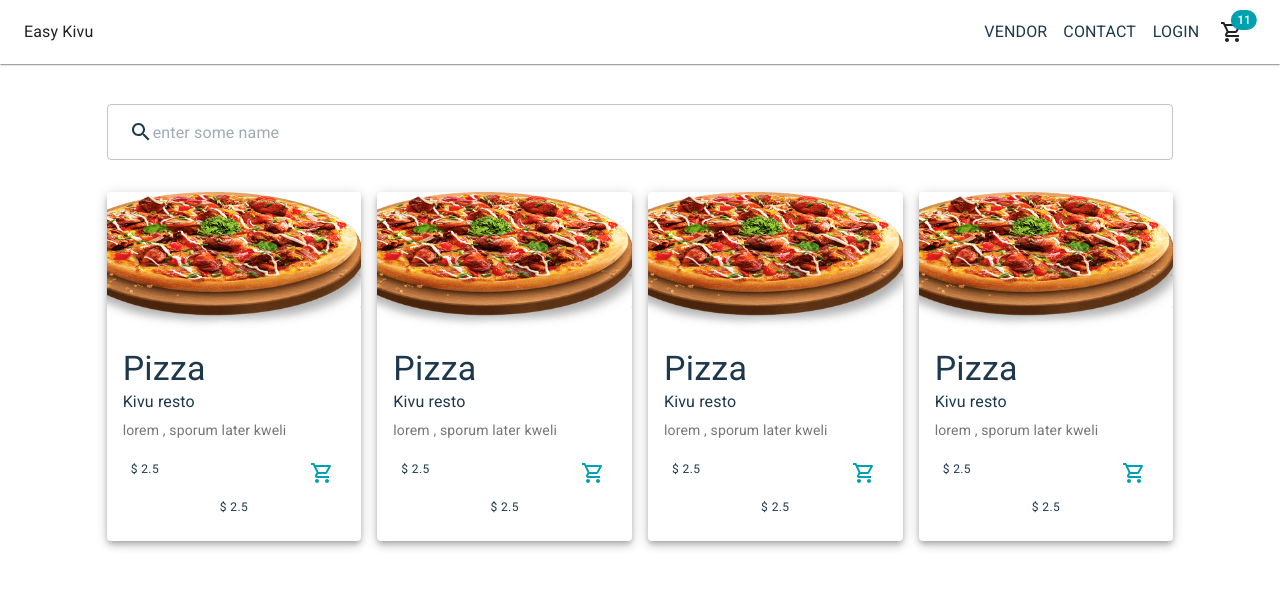
Repository: kilamaelie/jokes-dapp
Page: /
The author's editor kept a copy of each file at every save. The page is drawn from the files as they stood at one save, then again after the next save.
The browser window is 1280 px wide. The pictures show the whole page.
The project was rebuilt for these pictures with package versions that can differ from the ones it lists, and the page was loaded fresh each time. Also part of the build but not shown: src/ui/page/dashboard/dashboard.js.

Above is the page before, as saved 2021-06-28 02:49:38.

### src/App.js
import React from 'react'
import {BrowserRouter as Router ,Switch,Route} from 'react-router-dom'
import {ThemeProvider } from "@material-ui/core/styles";
import theme from './App_theme/theme'
import CssBaseline from '@material-ui/core/CssBaseline'
import Main from './ui/page/website/main'
import Dashboards from  './ui/page/dashboard/dashboard'
import AppBars from './ui/widget/appbar'



const App =()=>{


  return (
    <ThemeProvider theme={theme}>
      <CssBaseline>
          <Router>
            <AppBars/>
            <Switch>
              <Route path='/dashboard' component={Dashboards}/>
              <Route path= '/' component={Main}/>
            </Switch>
          </Router>
      </CssBaseline>
    </ThemeProvider>
  )
}

export default App

### src/App_theme/theme.js
import {createMuiTheme} from '@material-ui/core/styles'


const theme =createMuiTheme({
    palette:{
        primary:{
          main: '#FFF'
        },
        secondary:{
          main: '#00A1AF'
        },
        background:{
          default:'#FFF'
        },
        text:{
          primary:'#1D384C'
        }

      }
})

export default theme

### src/ui/page/website/main.js
import React from 'react'
import {Switch,Route} from 'react-router-dom'
import Home from './screen/home'



const Main =()=>{
    return (
            <Switch>

                <Route exact path= '/' component={Home}/>
            </Switch>
        )
}

export default Main

### src/ui/widget/appbar.js
import React,{useState} from 'react'
import {Grid,AppBar,Toolbar,IconButton,Typography,Button,Dialog,DialogContent,DialogContentText,MenuItem,Menu,Badge} from '@material-ui/core';
import RestaurantMenuIcon from '@material-ui/icons/RestaurantMenu';
import AccountCircle from '@material-ui/icons/AccountCircle';
import NotificationsIcon from '@material-ui/icons/Notifications';
import MoreIcon from '@material-ui/icons/MoreVert';
import { useTheme} from '@material-ui/core/styles'
import useMediaQuery from '@material-ui/core/useMediaQuery';
import useStyles from '../style'
import {Link} from 'react-router-dom'
import ShoppingCartOutlinedIcon from '@material-ui/icons/ShoppingCartOutlined';




const AppBars =()=>{

  const classes = useStyles();
  const [open, setOpen] = useState(false);
  const theme = useTheme();
  const fullScreen = useMediaQuery(theme.breakpoints.down('sm'));

  const handleClickOpen = () => {
    setOpen(true);
  };
  const handleClose = () => {
    setOpen(false);
  };
  // for the app bar

  const [anchorEl, setAnchorEl] = React.useState(null);
  const [mobileMoreAnchorEl, setMobileMoreAnchorEl] = React.useState(null);

  const isMenuOpen = Boolean(anchorEl);
  const isMobileMenuOpen = Boolean(mobileMoreAnchorEl);

  const handleProfileMenuOpen = (event) => {
    setAnchorEl(event.currentTarget);
  };
  const handleMenuClose = () => {
    setAnchorEl(null);
    handleMobileMenuClose();
  };
  const handleMobileMenuClose = () => {
    setMobileMoreAnchorEl(null);
  };
  const handleMobileMenuOpen = (event) => {
    setMobileMoreAnchorEl(event.currentTarget);
  };
  const handleLogoutAndMenuClose = () =>{
    const logout = localStorage.removeItem('token')
    localStorage.removeItem('id')
    localStorage.removeItem('user')
    setAnchorEl(null);
    handleMobileMenuClose();
    window.location.reload();
    return logout
  }

  const menuId = 'primary-search-account-menu';
  const renderMenu = (
    <Menu
      anchorEl={anchorEl}
      anchorOrigin={{ vertical: 'top', horizontal: 'right' }}
      id={menuId}
      keepMounted
      transformOrigin={{ vertical: 'top', horizontal: 'right' }}
      open={isMenuOpen}
      onClose={handleMenuClose}
    >
      <MenuItem onClick={handleMenuClose}>Profile</MenuItem>
      <MenuItem onClick={handleLogoutAndMenuClose}>Logout</MenuItem>
    </Menu>
  );

  const mobileMenuId = 'primary-search-account-menu-mobile';
  const renderMobileMenu = (
    <Menu
      anchorEl={mobileMoreAnchorEl}
      anchorOrigin={{ vertical: 'top', horizontal: 'right' }}
      id={mobileMenuId}
      keepMounted
      transformOrigin={{ vertical: 'top', horizontal: 'right' }}
      open={isMobileMenuOpen}
      onClose={handleMobileMenuClose}
    >
          <MenuItem>
          <Typography className={classes.typoAppbar}>VENDOR</Typography>
          </MenuItem>
          <MenuItem>
           <Typography className={classes.typoAppbar}>Contact</Typography>
          </MenuItem>
          {/* {
            token!=null? <div>
               <MenuItem>
        <IconButton aria-label="show 11 new notifications" color="inherit">
          <Badge badgeContent={11} color="secondary">
            <NotificationsIcon />
          </Badge>
        </IconButton>
        <p>Notifications</p>
      </MenuItem>
      <MenuItem onClick={handleProfileMenuOpen}>
        <IconButton
          aria-label="account of current user"
          aria-controls="primary-search-account-menu"
          aria-haspopup="true"
          color="inherit"
        >
          <AccountCircle />
        </IconButton>
        <p>Profile</p>
      </MenuItem>
            </div>

            :  */}
             <div>
              <MenuItem>
            <Button onClick={handleClickOpen}><Typography className={classes.typoAppbar}>Login</Typography></Button>
                    <Dialog
                        // fullScreen={fullScreen}
                        open={open}
                        onClose={handleClose}
                        aria-labelledby="responsive-dialog-title"
                          >
                            <DialogContent>
                              <DialogContentText>
                                  {/* <Login/> */}
                              </DialogContentText>
                            </DialogContent>
                    </Dialog>
          </MenuItem>
            </div>
          {/* } */}


    </Menu>
  );
  return (
      <Grid container direction='row'>
          {/* <Grid item xs={1} sm={1}></Grid> */}
          <Grid item xs={12} sm={12}>
          <AppBar position="fixe" elevation={1}  >
        <Toolbar>
          {/* <IconButton
            component={Link}
            to='/'
            edge="start"
            className={classes.menuButton}
            color="inherit"
            aria-label="open drawer"
          >
            <RestaurantMenuIcon className={classes.icon} />
          </IconButton> */}
          <Typography className={classes.title}  noWrap>
            Easy Kivu
          </Typography>

          <div className={classes.grow} />
          <div className={classes.sectionDesktop}>
             <Button ><Typography className={classes.typoAppbar}>VENDOR</Typography></Button>
            <Button><Typography className={classes.typoAppbar}>CONTACT</Typography></Button>
            {/* {token!=null?
            <div>
            <IconButton aria-label="show 17 new notifications" color="inherit">
              <Badge badgeContent={17} color="secondary">
                <NotificationsIcon  color="secondary"/>
              </Badge>
            </IconButton>
            <IconButton
              edge="end"
              aria-label="account of current user"
              aria-controls={menuId}
              aria-haspopup="true"
              onClick={handleProfileMenuOpen}
              color="inherit"
            >
              <AccountCircle color="secondary" />
            </IconButton>
            </div>
            : */}
            <div>
               <Button onClick={handleClickOpen}><Typography className={classes.typoAppbar}>LOGIN</Typography></Button>
                <Dialog
                    // fullScreen={fullScreen}
                    open={open}
                    onClose={handleClose}
                    aria-labelledby="responsive-dialog-title"
                      >
                        <DialogContent>
                          <DialogContentText>
                          {/* <Login/> */}
                          </DialogContentText>
                        </DialogContent>

                    </Dialog>
            </div>

            {/* } */}

          </div>
          <IconButton aria-label="show 11 new notifications" color="inherit">
          <Badge badgeContent={11} color="secondary">
            <ShoppingCartOutlinedIcon />
          </Badge>
        </IconButton>
          <div className={classes.sectionMobile}>
            <IconButton
              aria-label="show more"
              aria-controls={mobileMenuId}
              aria-haspopup="true"
              onClick={handleMobileMenuOpen}
              color="inherit"
            >
              <MoreIcon className={classes.icon} />
            </IconButton>
          </div>
        </Toolbar>
      </AppBar>
      {renderMobileMenu}
      {renderMenu}
          </Grid>
          {/* <Grid item xs={1} sm={1}></Grid> */}
      </Grid>
  )

}
export default AppBars

### src/ui/page/website/screen/home.js
import React from 'react'
import useStyles from '../../../style'
import {Grid,TextField,InputAdornment} from '@material-ui/core'
import SearchIcon from '@material-ui/icons/Search';
import CardItem from '../screen/widget/card'


const Home = () =>{
    const classes =useStyles()

    return (
        <Grid container direction='row' className={classes.margin_40} >
            <Grid item xs={1} sm={1}></Grid>
            <Grid item xs={10} sm={10}  >
               <Grid container spacing={4}  >
                   <Grid item xs={12} sm={12}>
                       <TextField
                        variant='outlined'
                        fullWidth
                        onFocus
                        placeholder="enter some name"
                        InputProps={{
                            startAdornment: (
                              <InputAdornment position="end">
                                <SearchIcon />
                              </InputAdornment>
                            ),
                          }}
                       />
                   </Grid>
                   <Grid item xs={12} sm={12}>
                       <Grid container spacing ={2}>
                           <Grid item xs={12} sm={3}>
                           <CardItem/>
                           </Grid>
                           <Grid item xs={12} sm={3}>
                           <CardItem/>
                           </Grid>
                           <Grid item xs={12} sm={3}>
                           <CardItem/>
                           </Grid>
                           <Grid item xs={12} sm={3}>
                           <CardItem/>
                           </Grid>
                       </Grid>
                   </Grid>
               </Grid>
            </Grid>
            <Grid item xs={1} sm={1}></Grid>
        </Grid>
    )
}

export default Home

### src/ui/style.js
import {makeStyles} from '@material-ui/core/styles'

export default makeStyles((theme)=>({

    app:{
        background:'white',
        //marginTop:10,
        // marginbo

    },
    title:{
        color:theme.palette.primary.secondary,
        fontWeight:400,

    },
    grow: {
        flexGrow: 1,
      },
      menuButton: {
        marginRight: theme.spacing(4),
      },
      title: {
        display: '',
        color:theme.palette.primary.secondary,
        fontWeight: 400 ,
        [theme.breakpoints.up('sm')]: {
          display: 'block',
          fontWeight: 400
        },
      },

      sectionDesktop: {
        display: 'none',
        [theme.breakpoints.up('md')]: {
          display: 'flex',
        },
      },
      sectionMobile: {
        display: 'flex',
        [theme.breakpoints.up('md')]: {
          display: 'none',
        },
      },
    icon:{
        color:theme.palette.primary.secondary,
    },
    typoAppbar:{
      color:theme.palette.primary.secondary,
      fontSize: 15,
      fontWeight:400
    },
    homeAppbar:{
      marginTop:40,
      backgroundColor:theme.palette.primary.secondary,
      height:80,
      borderRadius:"10px"
    },
    margin_40:{
      marginTop: 40,
      marginBottom:40
    }

}))

### src/ui/page/website/screen/widget/card.js
import React from 'react'
import {Grid,TextField,Typography,IconButton} from '@material-ui/core'
import Card from '@material-ui/core/Card';
import CardActionArea from '@material-ui/core/CardActionArea';
import CardActions from '@material-ui/core/CardActions';
import CardContent from '@material-ui/core/CardContent';
import CardMedia from '@material-ui/core/CardMedia';
import Button from '@material-ui/core/Button';
import Pizza from '../../../../../assets/pizza.png'
import ShoppingCartOutlinedIcon from '@material-ui/icons/ShoppingCartOutlined';


const CardItem =()=>{
    return (
        <Card elevation={5} >
        {/* <CardActionArea> */}
          <CardMedia
            style={{height:140}}
            image={Pizza}
            // title={imagetitle}
          />
          <CardContent>
            <Typography variant="caption" variant='h4' component="h2" >
              Pizza
            </Typography>
            <Typography gutterBottom  component="h2" >
              Kivu resto
            </Typography>
            <Typography variant="body2" color="textSecondary" style={{height:30}}>
             lorem , sporum later kweli
            </Typography>

        {/* </CardActionArea> */}
        <CardActions>
          <Grid container>
            <Grid item sm={6} md={6} xs={6} justify="center">
              <Typography variant="caption">
                $ 2.5
              </Typography>
            </Grid>
            <Grid item md={6} xs={6}>
              <Grid container direction="column" justify="center" alignItems="flex-end">
              <IconButton size="small" color="secondary" >
                <ShoppingCartOutlinedIcon/>
              </IconButton>
              </Grid>
            </Grid>
          </Grid>

        </CardActions>
        <Grid container justify='center'>
            <Grid item>
              <Typography variant="caption">
                $ 2.5
              </Typography>
            </Grid>

          </Grid>
        </CardContent>
      </Card>
    )
}


export default CardItem;

Loaded but not shown: public/index.html (common file); src/index.js (common file); src/index.css (common file); src/reportWebVitals.js (common file)

After the next save:
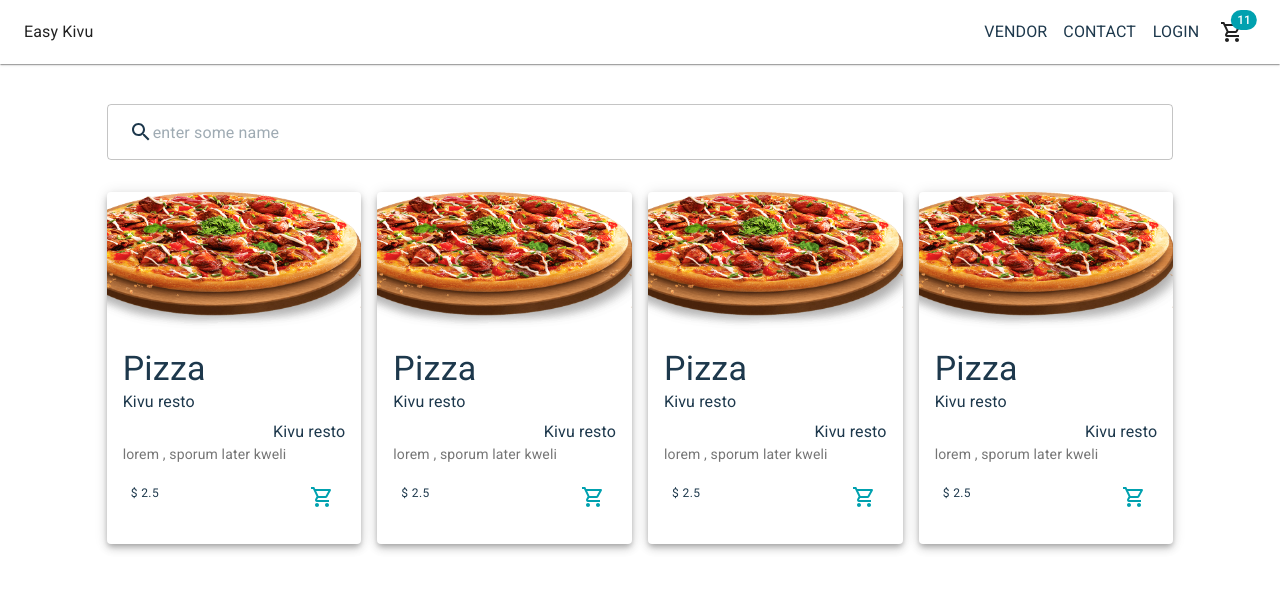
Saved 73 s later.
--- a/src/ui/page/website/screen/widget/card.js
+++ b/src/ui/page/website/screen/widget/card.js
@@ -26,6 +26,9 @@ const CardItem =()=>{
             <Typography gutterBottom  component="h2" >
               Kivu resto
             </Typography>
+            <Typography align='right'  component="h2" >
+              Kivu resto
+            </Typography>
             <Typography variant="body2" color="textSecondary" style={{height:30}}>
              lorem , sporum later kweli
             </Typography>
@@ -48,14 +51,6 @@ const CardItem =()=>{
           </Grid>
 
         </CardActions>
-        <Grid container justify='center'>
-            <Grid item>
-              <Typography variant="caption">
-                $ 2.5
-              </Typography>
-            </Grid>
-
-          </Grid>
         </CardContent>
       </Card>
     )
